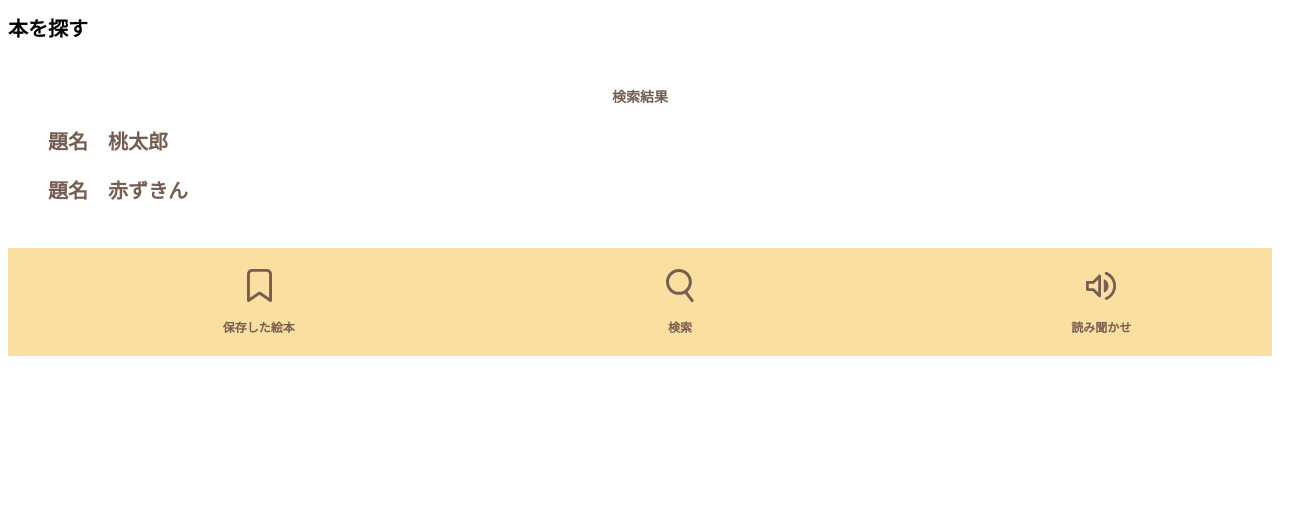
Repository: kmii12/2024-teampj
Page: /result
These files come from the project's save history. The page is drawn as it stood at one moment and after the next save; the edit follows.
The browser window is 1280 px wide. The page is 1312 px wide, so the pictures cover 1312 px, including what lies to the right of the window. The pictures show the whole page.
Some web fonts or font styles are not loaded; a fallback is used. The project was rebuilt for these pictures with package versions that can differ from the ones it lists, and the page was loaded fresh each time. The framework's server and built-in components were replaced by stand-ins that run in the browser. Also part of the build but not shown: next.config.mjs.

Above is the page before, as saved 2024-10-23 10:18:49.

After the next save:
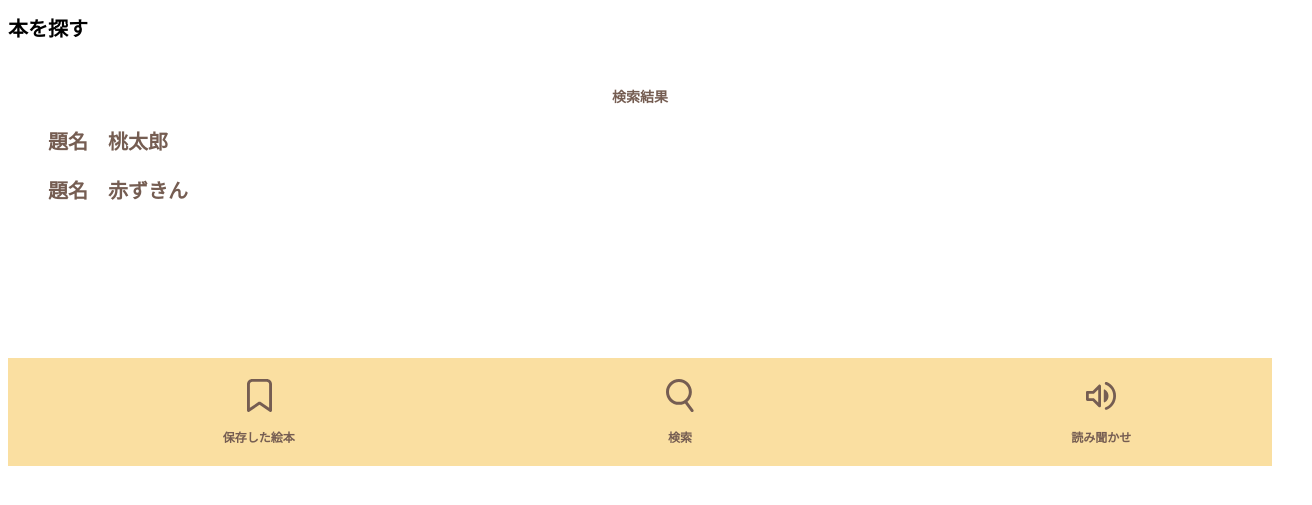
Saved 3 min 40 s later.
--- a/src/app/result/Result.module.scss
+++ b/src/app/result/Result.module.scss
@@ -13,4 +13,9 @@
   h3 {
     font-size: 2em;
   }
+
+  .resultItemWrap {
+    width: 360px;
+    height: 188px;
+  }
 }
